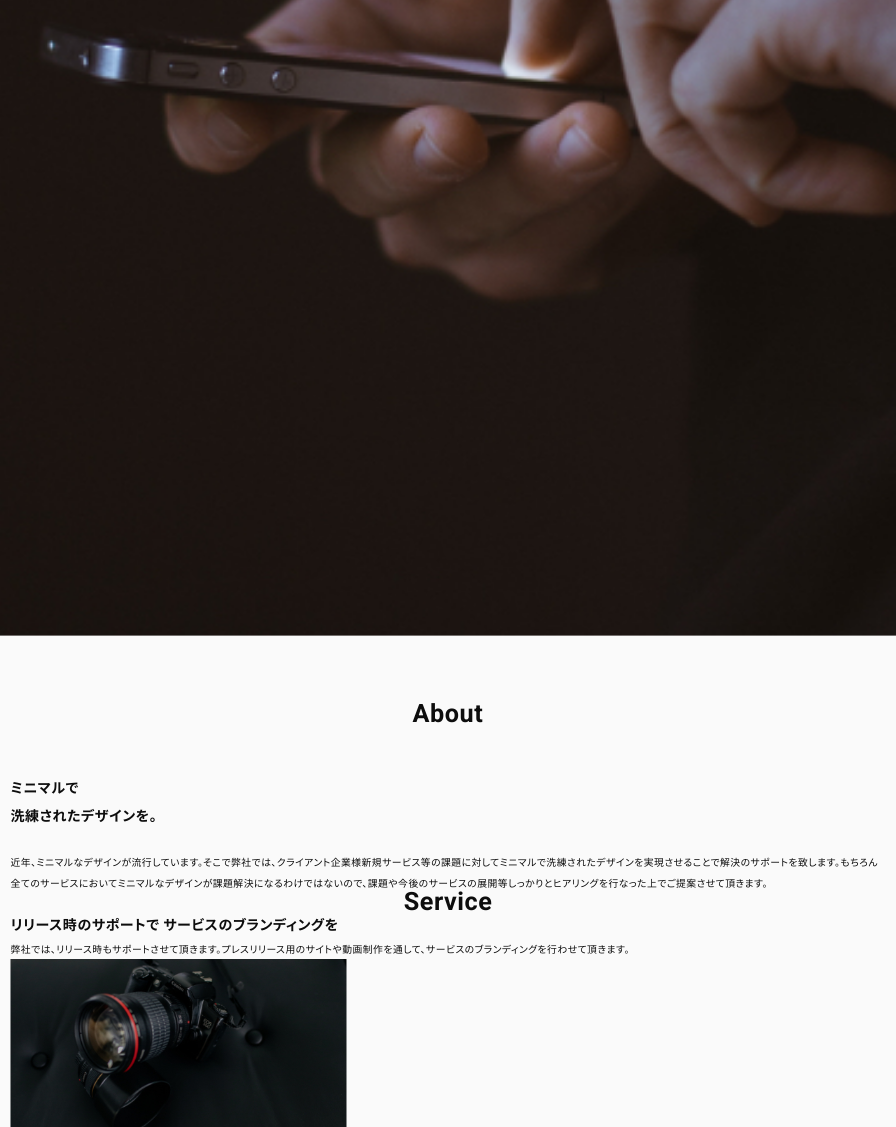
Repository: hatarakimono-kumasan/kurisuta_1st
Page: index.html
An editor plug-in stored every save of this project. The page is shown before and after the next save, followed by the edit.
The browser window is 1280 px wide. The pictures show the part of the page from y = 1180 to 3100 px (the page is 2790 px tall before and 3100 px after), at 70% of full size.
Some web libraries are served in a nearby version. The style sheet was rebuilt from its Sass, Less or Tailwind sources for each picture, by a compiler version that may differ from the author's.

Above is the page before, as saved 2020-05-15 08:39:12.

After the next save:
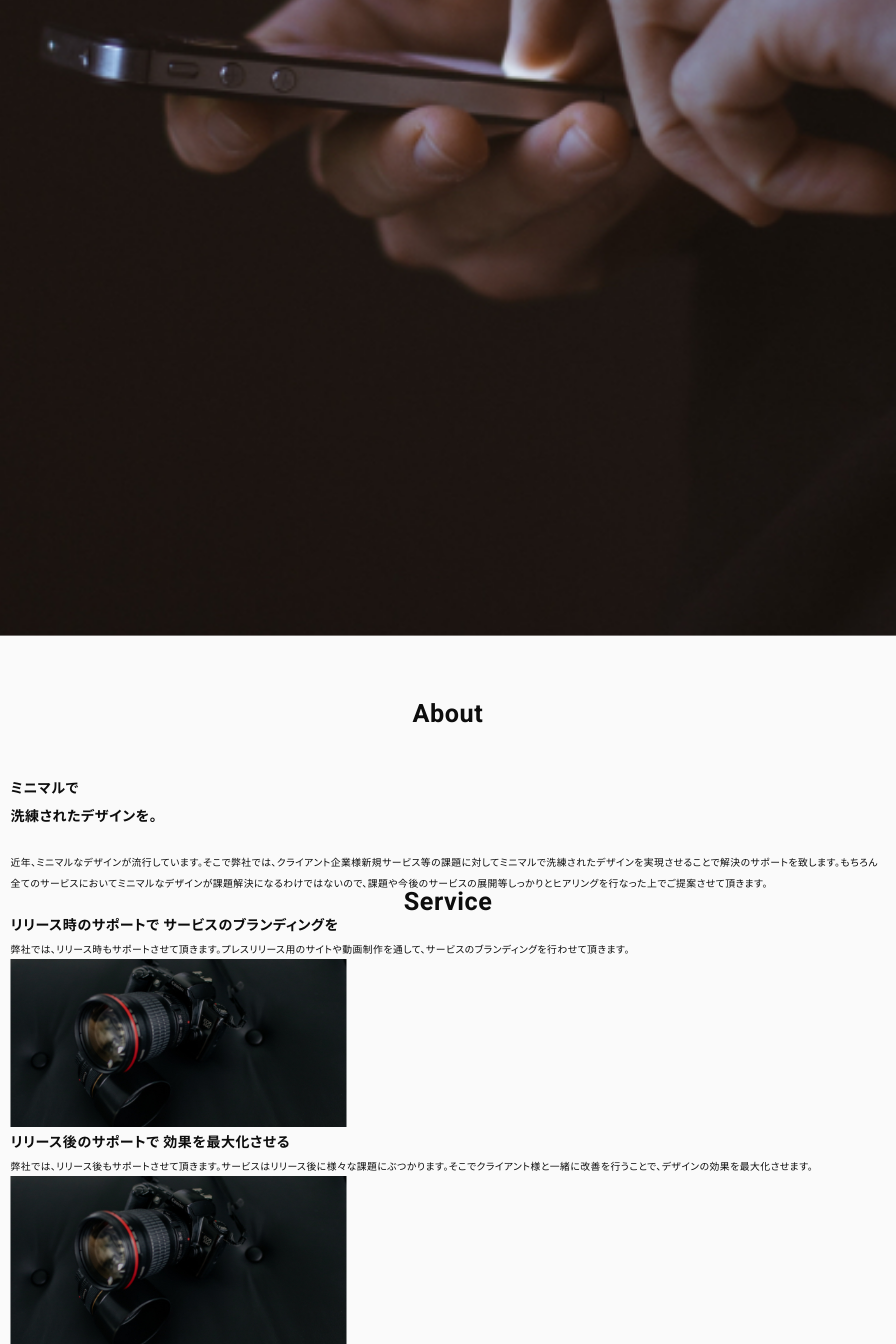
Saved 81 s later.
--- a/index.html
+++ b/index.html
@@ -81,6 +81,11 @@
 					弊社では、リリース時もサポートさせて頂きます。プレスリリース用のサイトや動画制作を通して、サービスのブランディングを行わせて頂きます。
 				</p>
 				<img src="/img/service-image@2x.jpg" alt="サービス" />
+				<h3>リリース後のサポートで 効果を最大化させる</h3>
+				<p>
+					弊社では、リリース後もサポートさせて頂きます。サービスはリリース後に様々な課題にぶつかります。そこでクライアント様と一緒に改善を行うことで、デザインの効果を最大化させます。
+				</p>
+				<img src="/img/service-image@2x.jpg" alt="サービス" />
 			</section>
 		</main>
 		<script src="drawer.js"></script>
